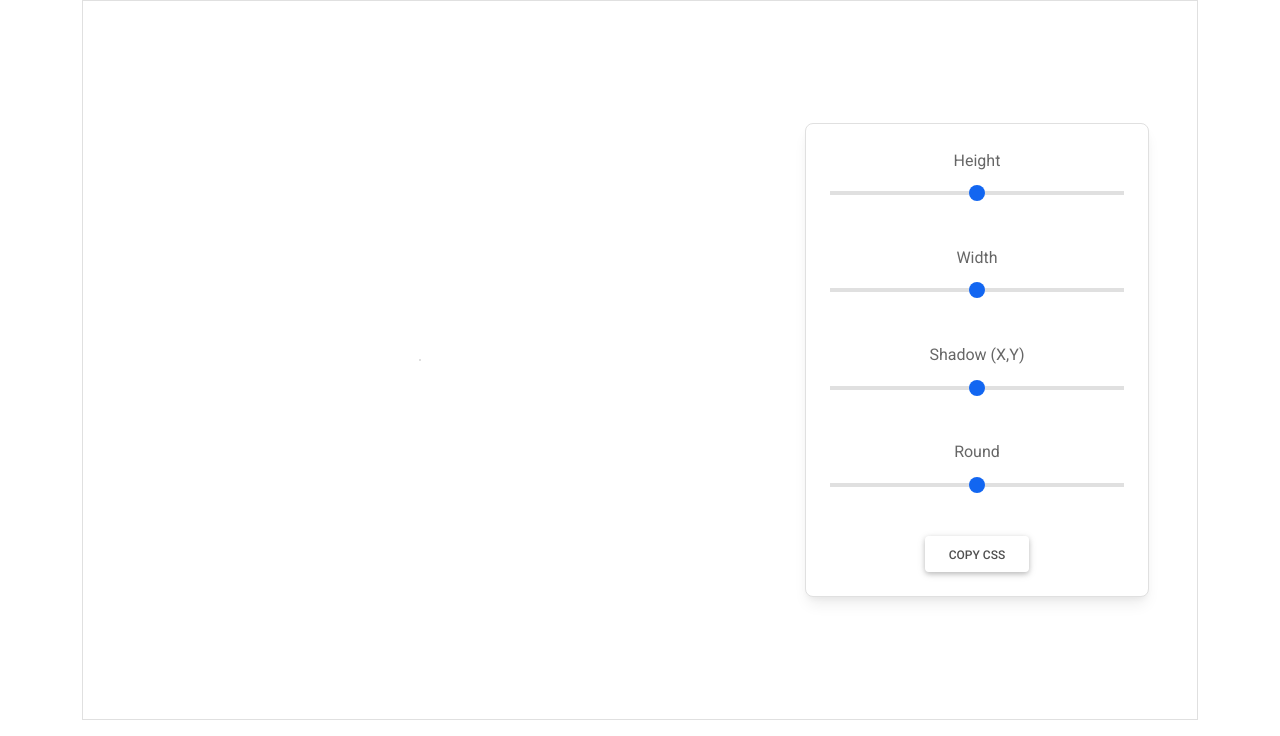
Repository: USaditya98/card-generator
Page: index.html
These files come from the project's save history. The page is drawn as it stood at one moment and after the next save; the edit follows.
The browser window is 1280 px wide. The pictures show the whole page.
After loading, the first visible `#cssBtn` was clicked once.

Above is the page before, as saved 2021-10-20 13:09:27.
Console error: ReferenceError: bordeRadius is not defined

After the next save:
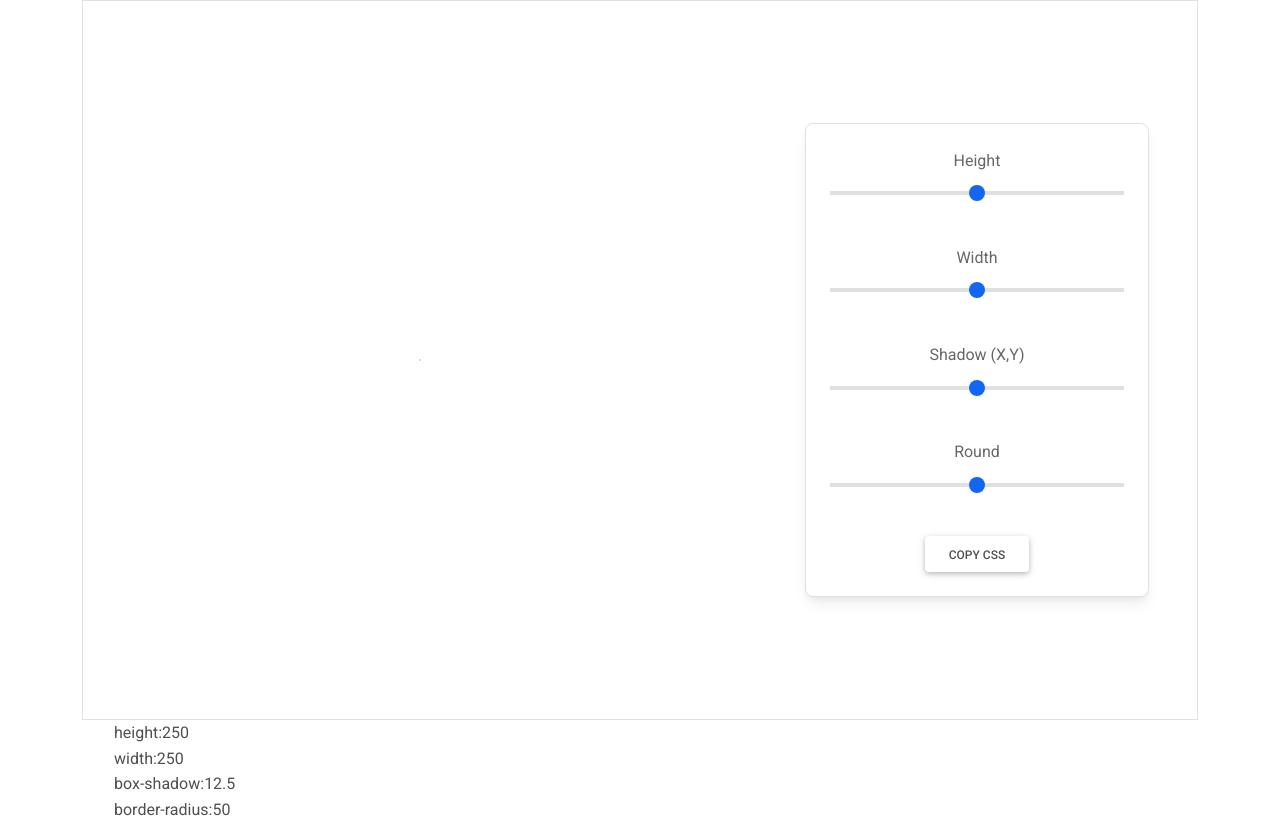
The error is gone.
Saved 21 s later.
--- a/index.html
+++ b/index.html
@@ -97,7 +97,7 @@
 
 
           var arr = ['height', 'width', 'box-shadow', 'border-radius'];
-          var arrValue = [height, width, boxShadow, bordeRadius];
+          var arrValue = [height, width, boxShadow, borderRadius];
           var cont = document.getElementById('generatedCss');
 
           // create ul element and set the attributes.
